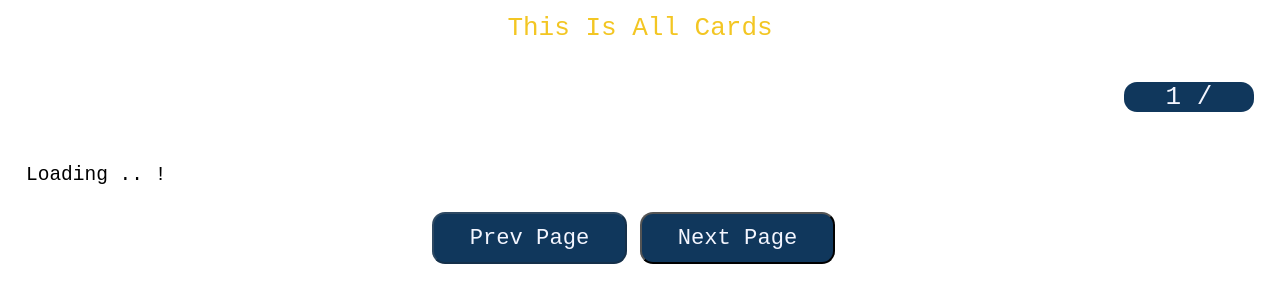
Repository: rehamtaher10/reactQueryTask
Page: /
The author's editor kept a copy of each file at every save. The page is drawn from the files as they stood at one save, then again after the next save.
The browser window is 1280 px wide. The pictures show the whole page.
The page's requests for data from a server got no answer. The project was rebuilt for these pictures with package versions that can differ from the ones it lists, and the page was loaded fresh each time. No one was signed in, and anything a server would have sent is missing. Also part of the build but not shown: vite.config.js.

Above is the page before, as saved 2024-12-07 20:29:53.

### src/main.jsx
import { StrictMode } from "react";
import { createRoot } from "react-dom/client";
import "./style/app.css";
import App from "./App.jsx";
import {
  QueryClient,
  QueryClientProvider,
  useQuery,
} from "@tanstack/react-query";

const queryClient = new QueryClient();

createRoot(document.getElementById("root")).render(
  <StrictMode>
    <QueryClientProvider client={queryClient}>
      <App />
    </QueryClientProvider>
  </StrictMode>
);

### src/style/app.css
*{
    padding: 0;
    margin: 0;
    box-sizing: border-box;
    font-family: monospace;
    font-weight: 400;
}
.productContainer{
    padding: 2em;
    display: flex;
    flex-wrap: wrap;
    gap: 2em;
}
.post{
    width: calc((100% - 4em) / 3);
    background: #f2f2f2;
    border: 1px solid rgba(0, 0, 0, .2);
}
.post img{
    width: 100%;
    height: 350px;
    object-fit: cover;
    display: block;
    margin-left: auto;
    margin-right: auto;
}
.post h2{
    padding-inline: 1em;
    padding-block: 1.5em;
    font-size: 1.3rem;
    color:#10375C;
}
.post p{
    width: fit-content;
    padding-inline: 1em;
    margin-block: .5rem;
    background-color: #EB8317;
    color: #F4F6FF;
    font-size: 1.3rem;
    font-weight: bold;
}
h1{
    color: #F3C623;
    text-align: center;
    padding-block: 1rem;
    font-family: monospace;
    font-size: 2rem;
}
.pagination{
    padding: 2em;
    direction: rtl;
}
.pagination p{
    background-color:#10375C ;
    color: #F4F6FF;
    font-size: 2rem;
    width: 10rem;
    text-align: center;
    border-radius: 1rem;
    direction: ltr;
}
.buttons{
    display: flex;
    align-items: center;
    justify-content: center;
    margin-bottom: 4rem;

}
.buttons button{
    background-color:#10375C ;
    color: #F4F6FF;
    direction: ltr;
    margin-right: 1rem;
    width: 15rem;
    height: 4rem;
    font-size: 1.7rem;
    border-radius: 1rem;
}

### src/App.jsx
import { useQuery } from "@tanstack/react-query";
import React, { useState } from "react";
function App() {
  const [page, setPage] = useState(0);
  const limit = 9;

  const productsFetch = async (page = 0) => {
    const res = await fetch(
      `https://dummyjson.com/products?limit=${limit}&skip=${page * limit}`
    );
    const productRes = await res.json();
    return productRes;
  };

  const { data, isLoading } = useQuery({
    queryKey: ["products", page],
    queryFn: () => productsFetch(page),
  });

  return (
    <>
      <h1>This Is All Cards</h1>

      <div className="pagination">
        <p>{page + 1} / {data?.total && Math.ceil(data?.total / limit)}</p>
      </div>
      <div className="productContainer">
        {isLoading ? (
          <h2>Loading .. !</h2>
        ) : (
          data?.products.map((ele) => (
            <div class="post" key={ele.id}>
              <div>
                <img src={ele.images?.[0]} />
              </div>
              <h2>${ele.title} </h2>
              <p>${ele.price} $</p>
            </div>
          ))
        )}
      </div>
      <div className="buttons">
        <button disabled={page == 0} >Prev Page</button>
        <button disabled={data?.products?.length < limit}>Next Page</button>

      </div>
    </>
  );
}

export default App;

Loaded but not shown: index.html (common file)

After the next save:
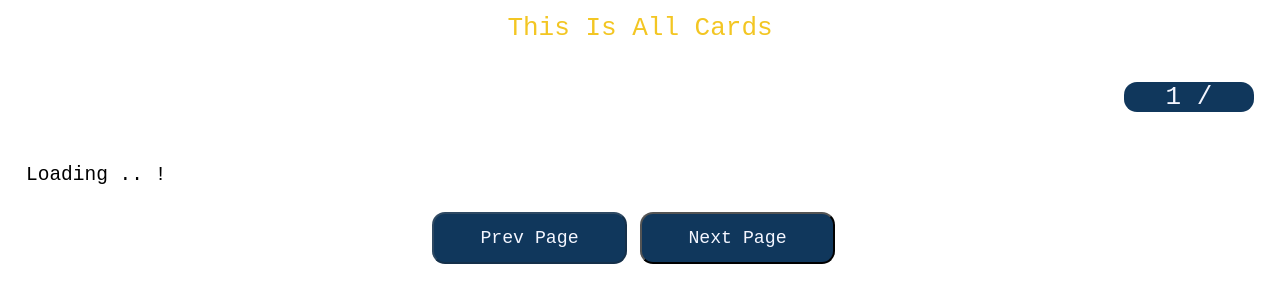
Saved 9 s later.
--- a/src/style/app.css
+++ b/src/style/app.css
@@ -73,6 +73,6 @@ h1{
     margin-right: 1rem;
     width: 15rem;
     height: 4rem;
-    font-size: 1.7rem;
+    font-size: 1.4rem;
     border-radius: 1rem;
 }
